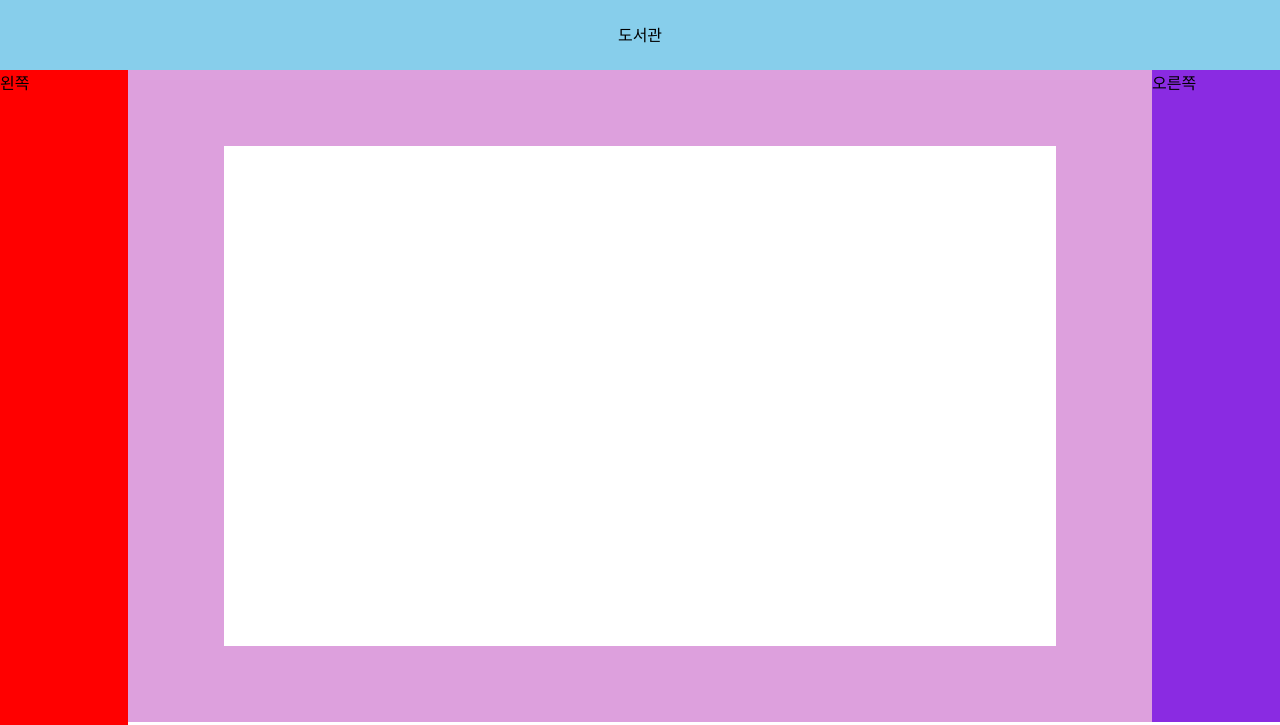
Repository: sojihwan/API_-Multi
Page: / (app in API/)
The author's editor kept a copy of each file at every save. The page is drawn from the files as they stood at one save, then again after the next save.
The browser window is 1280 px wide. The pictures show the whole page.
The project was rebuilt for these pictures with package versions that can differ from the ones it lists, and the page was loaded fresh each time. Also part of the build but not shown: API/src/App.css.

Above is the page before, as saved 2022-05-24 15:30:28.

### API/src/App.js
import "./App.css";
import Layout from "./Layout/Layout";

function App() {
  return (
    <div>
      <Layout />
    </div>
  );
}

export default App;

### API/src/Layout/layout.js
import React from "react";
import "./Layout.css";
import Section from "./Section";

function Layout() {
  return (
    <div className="layout">
      <header>도서관</header>
      <main>
        <aside>왼쪽</aside>
        <Section />
        <aside>오른쪽</aside>
      </main>
    </div>
  );
}

export default Layout;

### API/src/Layout/layout.css
.layout {
  box-sizing: border-box;
}

header {
  width: 100%;
  height: 70px;
  line-height: 70px;
  text-align: center;
  background: skyblue;
}

aside {
  top: 70px;
}

main aside:first-child {
  position: absolute;
  left: 0;
  width: 10%;
  height: 91%;
  background: red;
}

main {
  display: flex;
  justify-content: center;
  align-items: center;
  min-height: 90.6vh;
  background: plum;
}

main aside:last-child {
  position: absolute;
  right: 0;
  width: 10%;
  height: 90.6%;
  background: blueviolet;
}

### API/src/Layout/Section.js
import React from "react";
import "../Layout/Section.css";

function Section() {
  return (
    <div className="section">
      <div></div>
    </div>
  );
}

export default Section;

### API/src/Layout/Section.css
.section {
  width: 65%;
  padding: 250px 0;
  text-align: center;
  background: white;
}

Loaded but not shown: API/public/index.html (common file); API/src/index.js (common file); API/src/index.css (common file); API/src/reportWebVitals.js (common file)

After the next save:
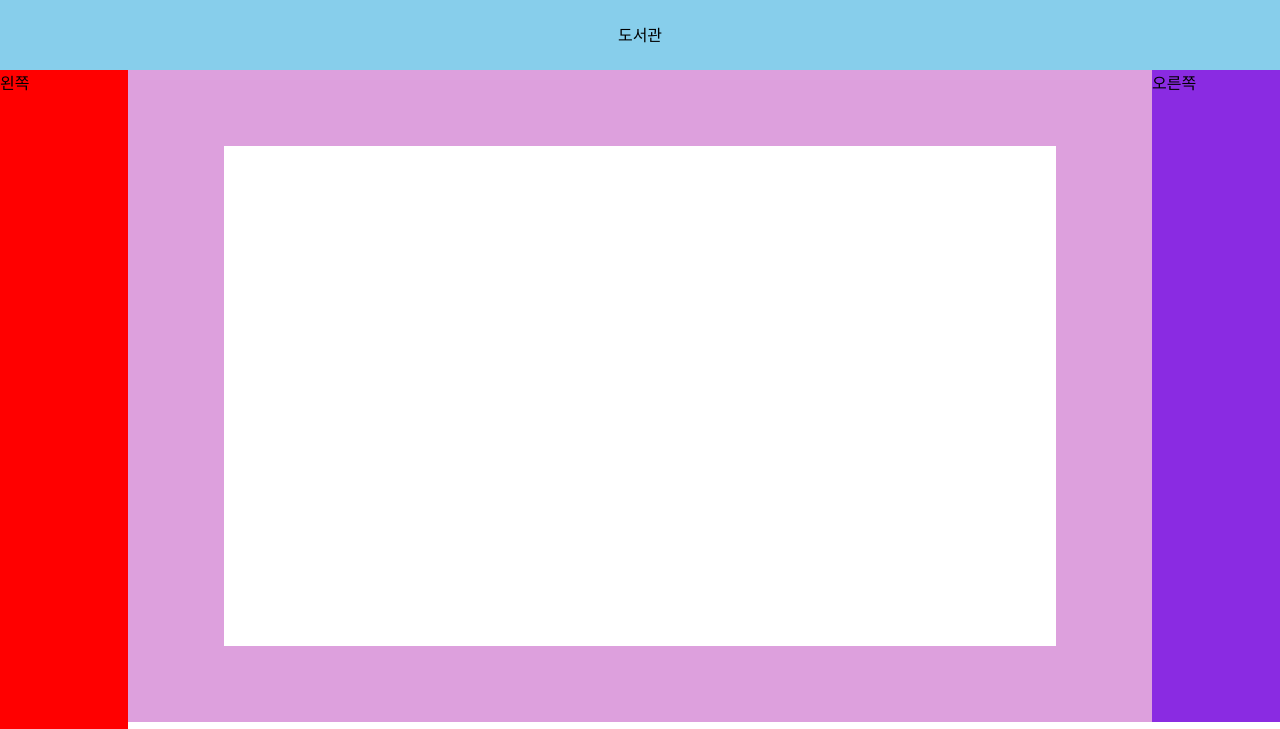
Saved 3 s later.
--- a/API/src/Layout/layout.css
+++ b/API/src/Layout/layout.css
@@ -18,7 +18,7 @@ main aside:first-child {
   position: absolute;
   left: 0;
   width: 10%;
-  height: 91%;
+  height: 91.5%;
   background: red;
 }
 
